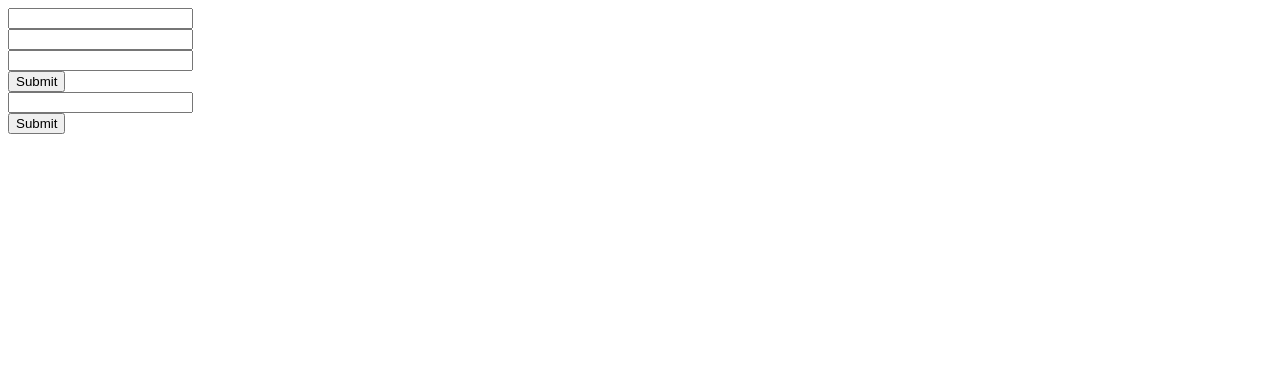
Repository: swastikmu/java-examples
Page: http://localhost/BootJPATest/home.jsp
The author's editor kept a copy of each file at every save. The page is drawn from the files as they stood at one save, then again after the next save.
The browser window is 1280 px wide. The pictures show the whole page.
The page is served by Tomcat 9. Other server files are loaded and not shown.

Above is the page before, as saved 2020-07-05 16:57:00.

### BootJPATest/src/main/webapp/home.jsp
<%@ page language="java" contentType="text/html; charset=ISO-8859-1"
    pageEncoding="ISO-8859-1"%>
<!DOCTYPE html>
<html>
<head>
<meta charset="ISO-8859-1">
<title>Boot App</title>
</head>
<body>

<form action="addAlien">
	<input type="text" name="aid" /><br>
	<input type="text" name="aname" /><br>
	<input type="text" name="tech" /><br>
	<input type="submit" /><br>
</form>


<form action="getAlien">
	<input type="text" name="aid" /><br>
	<input type="submit" /><br>
</form>



</body>
</html>

After the next save:
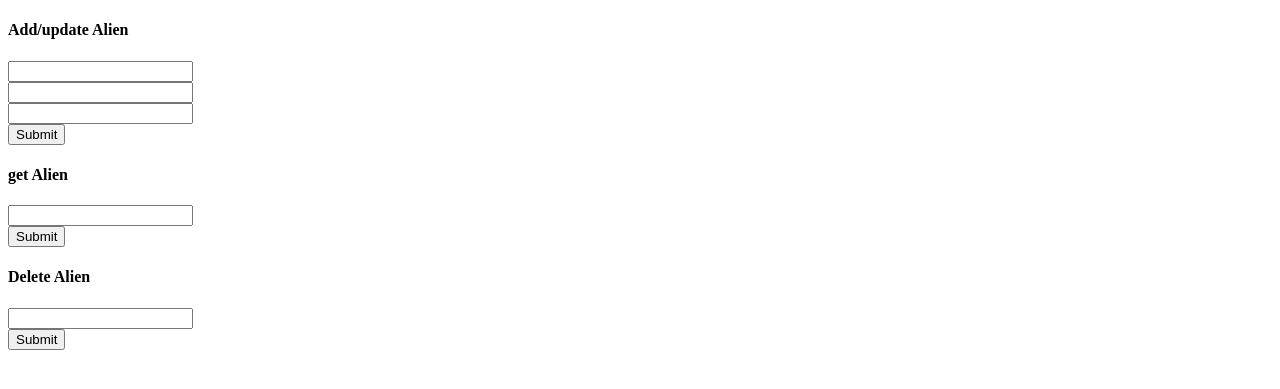
Saved 91 s later.
--- a/BootJPATest/src/main/webapp/home.jsp
+++ b/BootJPATest/src/main/webapp/home.jsp
@@ -8,6 +8,7 @@
 </head>
 <body>
 
+<h4>Add/update Alien</h4>
 <form action="addAlien">
 	<input type="text" name="aid" /><br>
 	<input type="text" name="aname" /><br>
@@ -15,8 +16,14 @@
 	<input type="submit" /><br>
 </form>
 
+<h4>get Alien</h4>
+<form action="getAlien">
+	<input type="text" name="aid" /><br>
+	<input type="submit" /><br>
+</form>
 
-<form action="getAlien">
+<h4>Delete Alien</h4>
+<form action="deleteAlien">
 	<input type="text" name="aid" /><br>
 	<input type="submit" /><br>
 </form>
